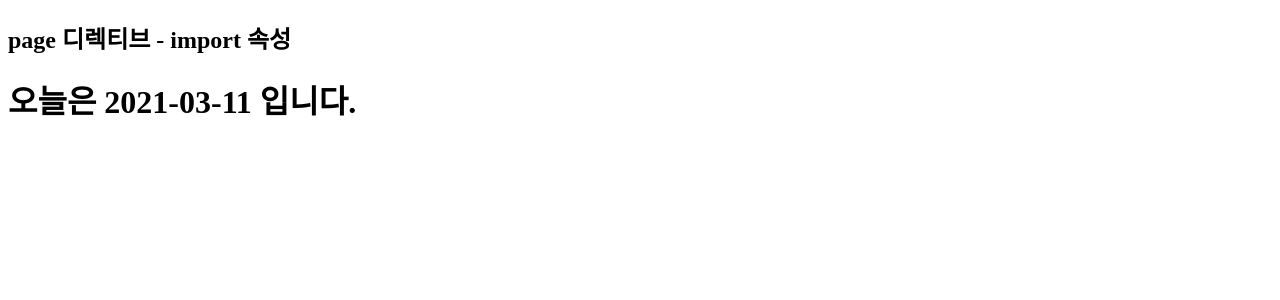
Repository: WK508/WK508---20201214_Webhosting
Page: http://localhost/Directive0312/import.jsp
The author's editor kept a copy of each file at every save. The page is drawn from the files as they stood at one save, then again after the next save.
The browser window is 1280 px wide. The pictures show the whole page.
The page is served by Tomcat 9.

Above is the page before, as saved 2021-03-12 01:26:39.

### 20210312/JSP/Directive0312/WebContent/import.jsp
<%@ page language="java" contentType="text/html; charset=utf-8"
    pageEncoding="utf-8"%>
    <%@ page import = "java.sql.Timestamp" %>
    <%@ page import = "java.util.Date" %>
    <%@ page import = "java.text.SimpleDateFormat" %>

<!DOCTYPE html>
<html>
<head>
<meta charset="utf-8">
<title>Directive import 속성</title>
</head>
<body>
   <h2>page 디렉티브 - import 속성</h2>

   <%
       Timestamp now = new Timestamp(System.currentTimeMillis());
       SimpleDateFormat format = new SimpleDateFormat("yyyy-MM-dd");
       String strDate = format.format(now);
   %>

   <h1>오늘은 <%=strDate %> 입니다.</h1>
</body>
</html>

After the next save:
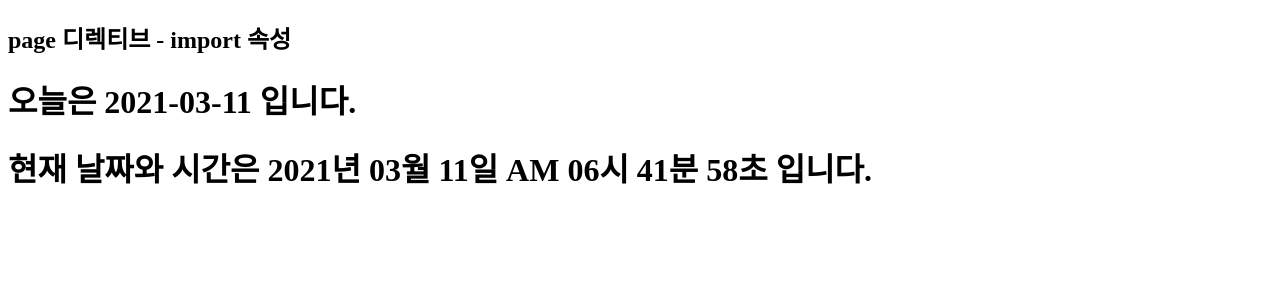
Saved 4 min 51 s later.
--- a/20210312/JSP/Directive0312/WebContent/import.jsp
+++ b/20210312/JSP/Directive0312/WebContent/import.jsp
@@ -17,8 +17,12 @@
        Timestamp now = new Timestamp(System.currentTimeMillis());
        SimpleDateFormat format = new SimpleDateFormat("yyyy-MM-dd");
        String strDate = format.format(now);
+
+       Date nowTime = new Date();
+       SimpleDateFormat date = new SimpleDateFormat("yyyy년 MM월 dd일 a hh시 mm분 ss초");
    %>
 
    <h1>오늘은 <%=strDate %> 입니다.</h1>
+   <h1>현재 날짜와 시간은 <%=date.format(nowTime) %> 입니다.</h1>
 </body>
 </html>
